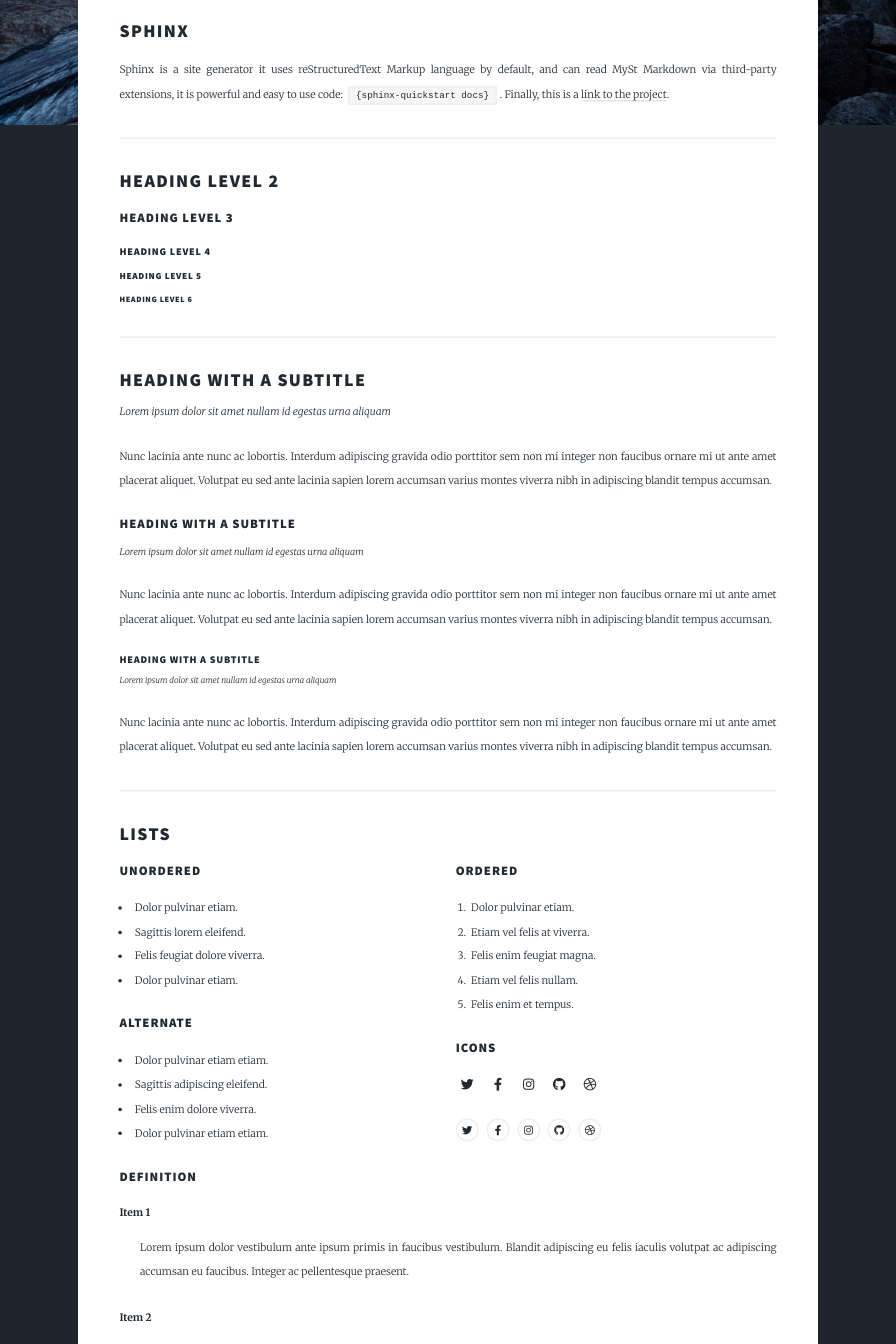
Repository: enlilsudo/Orlando-Portfolio
Page: elements.html
The author's editor kept a copy of each file at every save. The page is drawn from the files as they stood at one save, then again after the next save.
The browser window is 1280 px wide. The pictures show the part of the page from y = 542 to 2462 px (the page is 9492 px tall before and 9789 px after), at 70% of full size.

Above is the page before, as saved 2023-02-19 12:19:14.

After the next save:
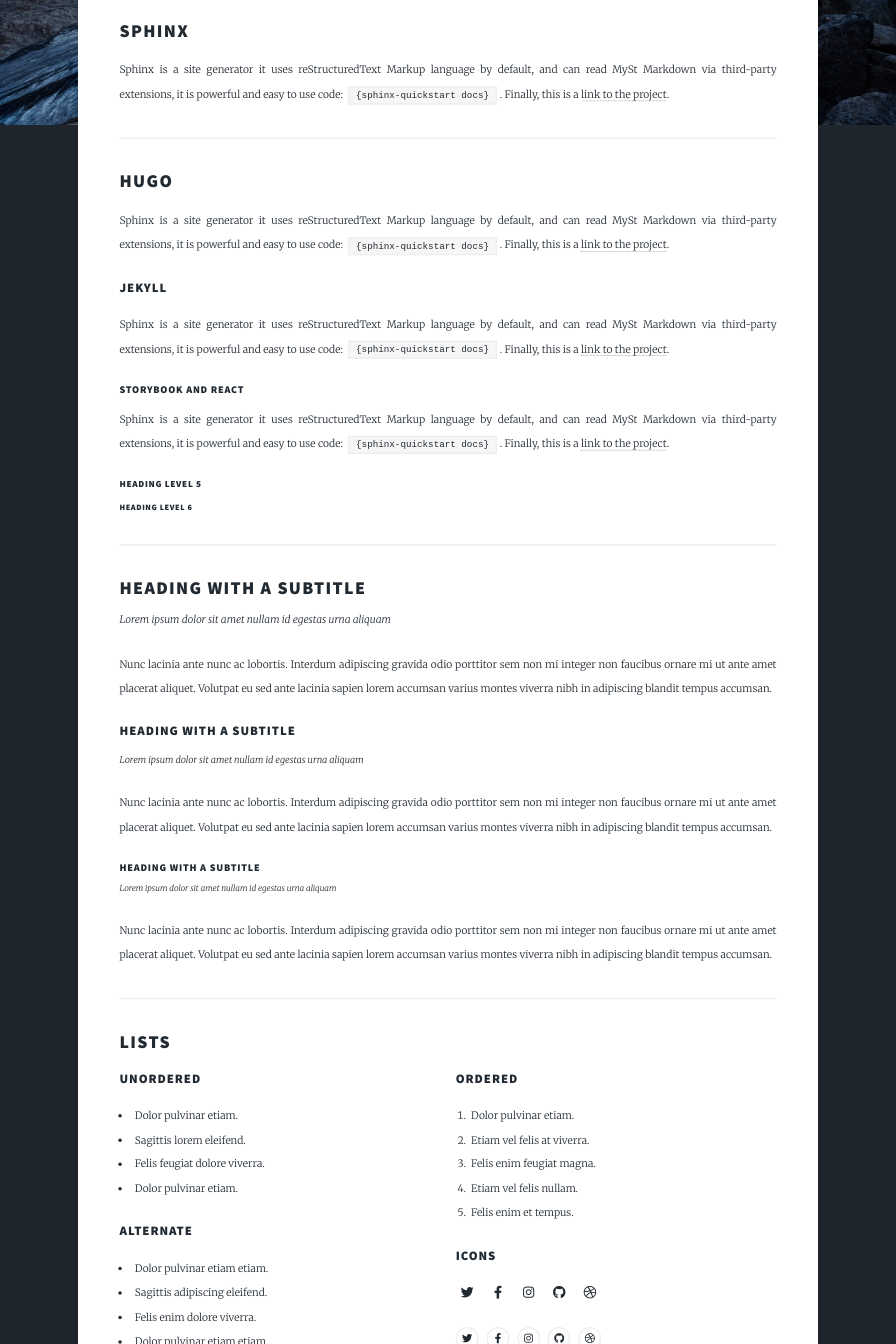
Saved 3 min 57 s later.
--- a/elements.html
+++ b/elements.html
@@ -54,9 +54,21 @@
 									extensions, it is powerful and easy to use code: <code>{sphinx-quickstart docs}</code>.
 									Finally, this is a <a href="https://www.sphinx-doc.org/en/master/#get-started">link to the project</a>.</p>
 									<hr />
-									<h2>Heading Level 2</h2>
-									<h3>Heading Level 3</h3>
-									<h4>Heading Level 4</h4>
+									<h2>Hugo</h2>
+									<p>Sphinx is a site generator it uses reStructuredText
+										Markup language by default, and can read MySt Markdown via third-party
+										extensions, it is powerful and easy to use code: <code>{sphinx-quickstart docs}</code>.
+										Finally, this is a <a href="https://www.sphinx-doc.org/en/master/#get-started">link to the project</a>.</p>
+									<h3>Jekyll</h3>
+									<p>Sphinx is a site generator it uses reStructuredText
+										Markup language by default, and can read MySt Markdown via third-party
+										extensions, it is powerful and easy to use code: <code>{sphinx-quickstart docs}</code>.
+										Finally, this is a <a href="https://www.sphinx-doc.org/en/master/#get-started">link to the project</a>.</p>
+									<h4>Storybook and React</h4>
+									<p>Sphinx is a site generator it uses reStructuredText
+										Markup language by default, and can read MySt Markdown via third-party
+										extensions, it is powerful and easy to use code: <code>{sphinx-quickstart docs}</code>.
+										Finally, this is a <a href="https://www.sphinx-doc.org/en/master/#get-started">link to the project</a>.</p>
 									<h5>Heading Level 5</h5>
 									<h6>Heading Level 6</h6>
 									<hr />
